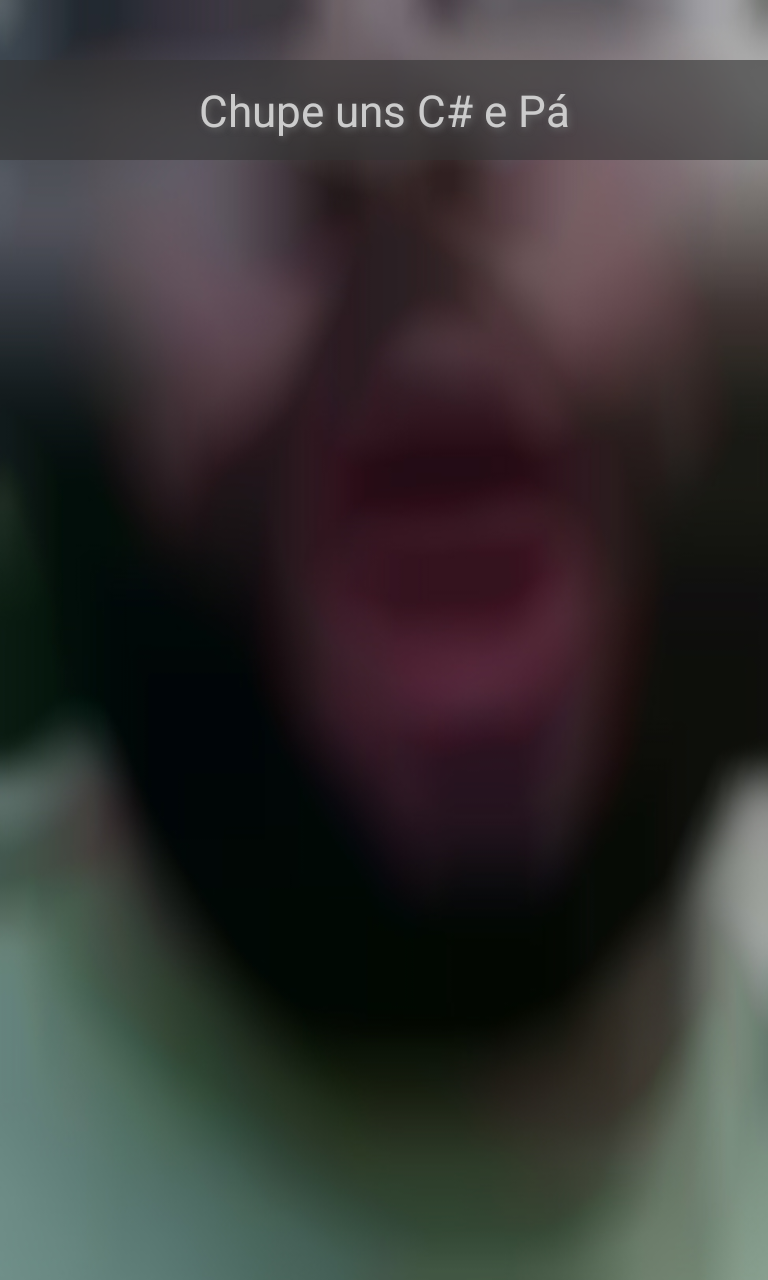
Repository: Cookahn/bioca_sounds
Layout: ChicoBiocaApp/res/layout/remix_activity.xml
The author's editor kept a copy of each file at every save. The layout is drawn from the files as they stood at one save, then again after a run of saves.
It is drawn on a 768 x 1280 px phone screen (xhdpi) without system bars, with theme AppTheme; the app's code is not run.

Above is the layout before, as saved 2014-08-13 19:54:40.

### ChicoBiocaApp/res/layout/remix_activity.xml
<?xml version="1.0" encoding="utf-8"?>
<LinearLayout xmlns:android="http://schemas.android.com/apk/res/android"
    android:layout_width="match_parent"
    android:layout_height="match_parent"
    android:background="@drawable/backgroundtofuck"
    android:orientation="vertical" >

    <TextView
        android:id="@+id/text_bioca"
        android:layout_width="match_parent"
        android:layout_height="50dp"
        android:layout_marginTop="30dp"
        android:layout_marginBottom="30dp"
        android:gravity="center"
        android:shadowColor="#666"
        android:shadowDx="2"
        android:background="#99333333"
        android:shadowDy="2"
        android:shadowRadius="6"
        android:text="@string/suck_an_ass_and_pa"
        android:textColor="#ccc"
        android:textSize="22sp" />

    <ScrollView
        android:layout_width="match_parent"
        android:layout_height="match_parent" >

        <LinearLayout
            android:id="@+id/linear_button"
            android:layout_width="match_parent"
            android:layout_height="fill_parent"
            android:gravity="center_horizontal"
            android:orientation="vertical" >

        <Button
            android:id="@+id/pff_pff_pff"
            android:layout_width="0dp"
            android:layout_height="wrap_content"
            android:layout_margin="5dp"
            android:layout_weight="1"
            android:background="@drawable/button_song"
            android:gravity="bottom|right"
            android:text="@string/pff_pff_pff"
            android:textColor="#fff"
            android:textSize="12sp" />
        </LinearLayout>
    </ScrollView>

</LinearLayout>

### ChicoBiocaApp/res/values/strings.xml
<?xml version="1.0" encoding="utf-8"?>
<resources>

    <string name="app_name">Chico Bioca Remix</string>
    <string name="are_you_ready">Está preparado para a melhor TRANSA da sua Vida?</string>
    <string name="action_settings">Settings</string>
    <string name="i_want_to_fuck">Quero Transá</string>
    <string name="suck_an_ass_and_pa">Chupe uns C# e Pá</string>
    <string name="clean_version">Clean Version:</string>
    <string name="yes">Sim</string>
    <string name="no">Não</string>

    <!-- Bioca phrases -->
    <string name="i_want_to_know">Eu quero sabê</string>
    <string name="who_fuck">Quem é que transa</string>
    <string name="who_fuck_in_this_shit">Quem transa nessa porra</string>
    <string name="gluu">Gluuu</string>
    <string name="glooe">Gloooe</string>
    <string name="anal_sex">Sexo Anal</string>
    <string name="lh_smack">Lhlhlh smack</string>
    <string name="suck_an_ass">Chupá um cú</string>
    <string name="pa_and">Pá e sei que lá</string>
    <string name="have_sex">Transá mesmo</string>
    <string name="fuck_vagina">Comer vagina</string>
    <string name="everything">Tudo mais</string>
    <string name="i_dont_wanna_know">Quero nem saber nesse caraio</string>
    <string name="in_this_shit">Nessa porra</string>
    <string name="cool_tocacco">Um tabaco bem massa</string>
    <string name="for_us">Pra gente</string>
    <string name="pff">Pff</string>
    <string name="pff_pff">Pff Pfff</string>
    <string name="pff_pff_pff">Pf Pff Pfff</string>
    <string name="fuck_until">Fudê até o talo</string>
    <string name="aoe">Aeaoeaoeeae</string>

    <string-array name="phraseBioca">
        <item name="i_want_to_know">Quero sabê</item>
        <item name="who_fuck">Quem transa</item>
        <item name="who_fuck_in_this_shit">Transa nessa porra</item>
        <item name="gluu">Gluuu</item>
        <item name="glooe">Gloooe</item>
        <item name="anal_sex">Sexo Anal</item>
        <item name="lh_smack">Lhlhlh smack</item>
        <item name="suck_an_ass">Chupá um cú</item>
        <item name="pa_and">Sei que lá</item>
        <item name="have_sex">Transá mesmo</item>
        <item name="fuck_vagina">Comer vagina</item>
        <item name="everything">Tudo mais</item>
        <item name="i_dont_wanna_know">Quero nem sabê</item>
        <item name="in_this_shit">Nessa porra</item>
        <item name="cool_tocacco">Tabaco massa</item>
        <item name="for_us">Pra gente</item>
        <item name="pff">Pff</item>
   	    <item name="pff_pff">Pff Pfff</item>
        <item name="pff_pff_pff">Pf Pff Pfff</item>
        <item name="fuck_until">Fudê até</item>
        <item name="aoe">Aeaoe</item>
        <item name="aoe">Aeaoeaoeeae</item>

    </string-array>

    <string-array name="title_bioca">
    <item name="i_want_to_know">Eu quero sabê</item>
	<item name="who_fuck">Quem é que transa</item>
	<item name="who_fuck_in_this_shit">Quem transa nessa porra</item>
	<item name="gluu">Gluuu</item>
	<item name="glooe">Gloooe</item>
	<item name="anal_sex">Sexo Anal</item>
	<item name="lh_smack">Lhlhlh smack</item>
	<item name="suck_an_ass">Chupá um cú</item>
	<item name="pa_and">Pá e sei que lá</item>
	<item name="have_sex">Transá mesmo</item>
	<item name="fuck_vagina">Comer vagina</item>
	<item name="everything">Tudo mais</item>
	<item name="i_dont_wanna_know">Quero nem saber nesse caraio</item>
	<item name="in_this_shit">Nessa porra</item>
	<item name="cool_tocacco">Um tabaco bem massa</item>
	<item name="for_us">Pra gente</item>
	<item name="pff">Pff</item>
	<item name="pff_pff">Pff Pfff</item>
	<item name="pff_pff_pff">Pf Pff Pfff</item>
	<item name="fuck_until">Fudê até o talo</item>
	<item name="aoe">Aeaoeaoeeae</item>
    </string-array>

</resources>

Loaded but not shown: ChicoBiocaApp/res/values/styles.xml (common file); ChicoBiocaApp/res/values-v11/styles.xml (common file); ChicoBiocaApp/res/values-v14/styles.xml (common file)

After the next 2 saves:
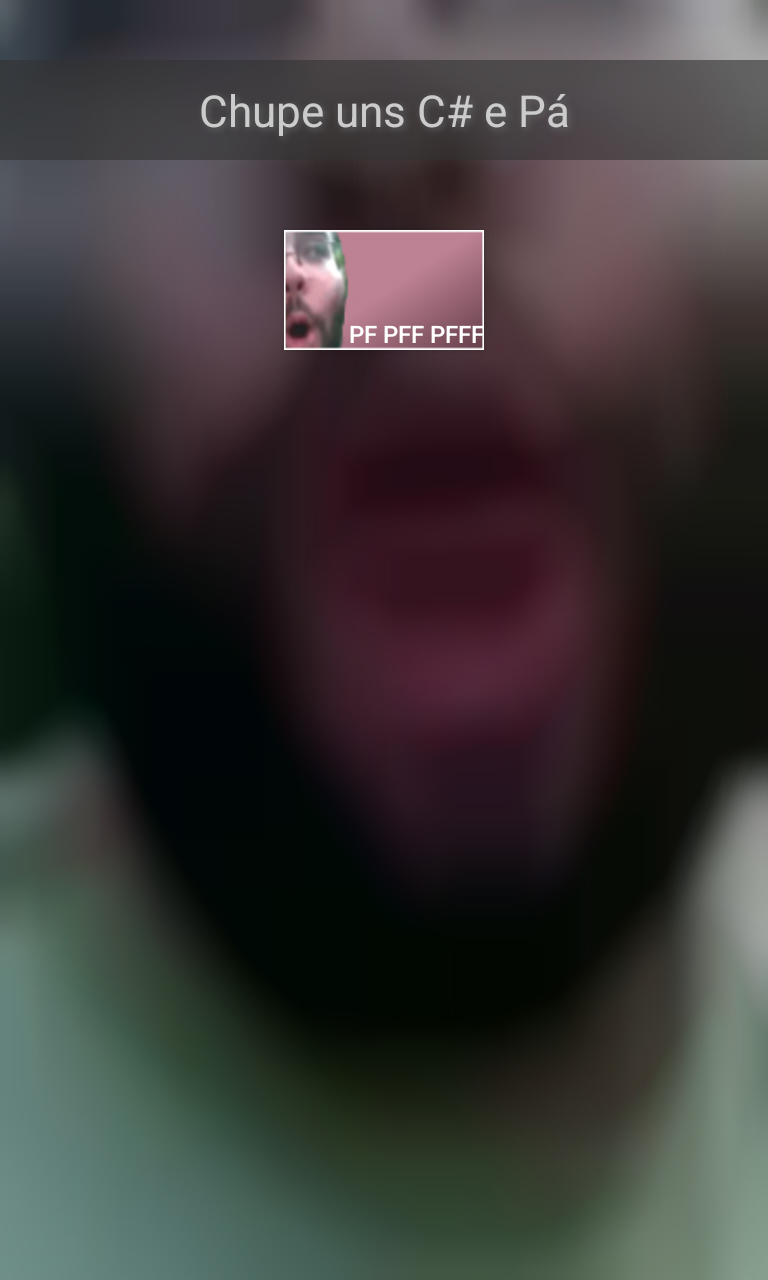
The 2 saves are shown as one change because they came seconds apart.
The last was saved 9 s later.
--- a/ChicoBiocaApp/res/layout/remix_activity.xml
+++ b/ChicoBiocaApp/res/layout/remix_activity.xml
@@ -34,10 +34,9 @@
 
         <Button
             android:id="@+id/pff_pff_pff"
-            android:layout_width="0dp"
+            android:layout_width="100dp"
             android:layout_height="wrap_content"
             android:layout_margin="5dp"
-            android:layout_weight="1"
             android:background="@drawable/button_song"
             android:gravity="bottom|right"
             android:text="@string/pff_pff_pff"

After the save that followed:
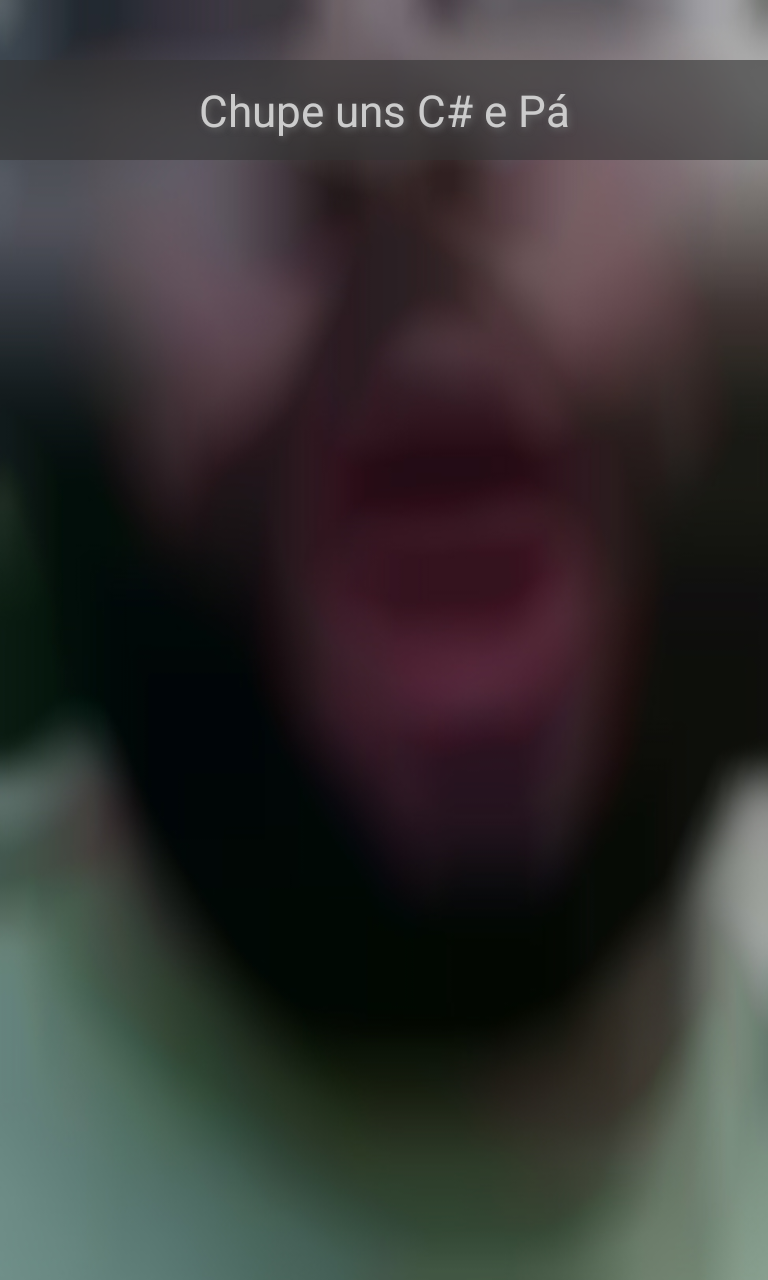
Saved 9 min 21 s later.
--- a/ChicoBiocaApp/res/layout/remix_activity.xml
+++ b/ChicoBiocaApp/res/layout/remix_activity.xml
@@ -30,19 +30,7 @@
             android:layout_width="match_parent"
             android:layout_height="fill_parent"
             android:gravity="center_horizontal"
-            android:orientation="vertical" >
-
-        <Button
-            android:id="@+id/pff_pff_pff"
-            android:layout_width="100dp"
-            android:layout_height="wrap_content"
-            android:layout_margin="5dp"
-            android:background="@drawable/button_song"
-            android:gravity="bottom|right"
-            android:text="@string/pff_pff_pff"
-            android:textColor="#fff"
-            android:textSize="12sp" />
-        </LinearLayout>
+            android:orientation="vertical" ></LinearLayout>
     </ScrollView>
 
 </LinearLayout>
